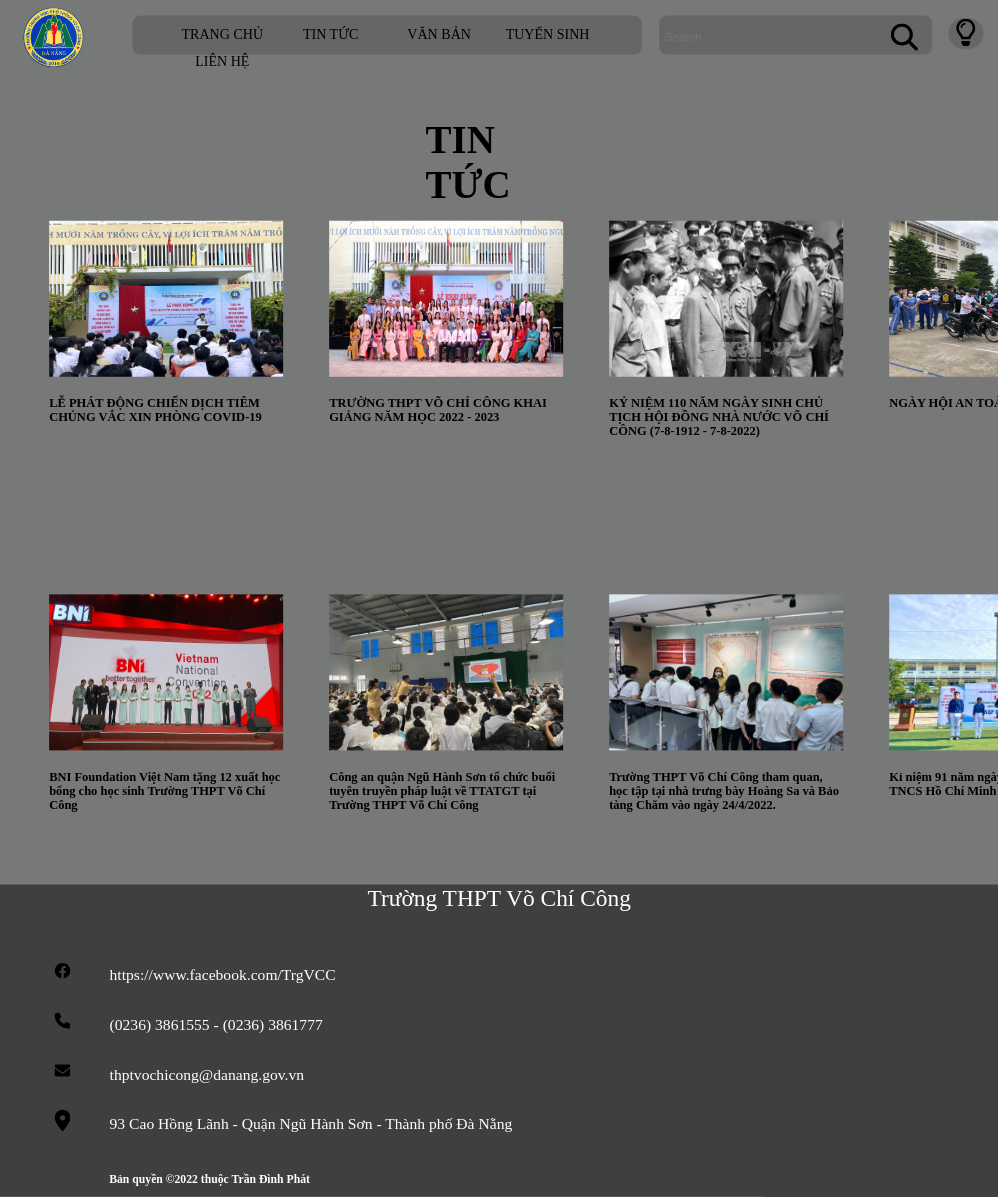
Repository: dphasst17/THPTVCC
Page: new/new.html
An editor plug-in stored every save of this project. The page is shown before and after the next save, followed by the edit.
The browser window is 1280 px wide. The pictures show the whole page, at 78% of full size.

Above is the page before, as saved 2022-10-17 13:14:02.

### new/new.html
<!DOCTYPE html>
<html lang="en">
<head>
    <meta charset="UTF-8">
    <meta http-equiv="X-UA-Compatible" content="IE=edge">
    <meta name="viewport" content="width=device-width, initial-scale=1.0">
    <script src="https://ajax.googleapis.com/ajax/libs/jquery/3.6.0/jquery.min.js"></script>
    <script src="./index.js"></script>
    <link rel="stylesheet" href="./new.css">
    <title>Trường THPT Võ Chí Công</title>
</head>
<body>
    <header>
        <div class="logo">
            <a href="#">
                <img src="../img/logo.png" alt="">
            </a>
        </div>
        <div class="nav">
            <ul>
                <li><a href="../index.html" >TRANG CHỦ</a></li>
                <li><a href="../new/new.html">TIN TỨC</a></li>
                <li><a href="../document/document.html">VĂN BẢN</a></li>
                <li><a href="../admissions/admissions.html">TUYỂN SINH</a></li>
                <li><a href="#contact">LIÊN HỆ</a></li>
            </ul>
        </div>
        <div class="search">
            <input placeholder="Search" spellCheck="false"/>
            <div class="icon-search">
                <svg xmlns="http://www.w3.org/2000/svg" viewBox="0 0 512 512"><path d="M416 208c0 45.9-14.9 88.3-40 122.7L502.6 457.4c12.5 12.5 12.5 32.8 0 45.3s-32.8 12.5-45.3 0L330.7 376c-34.4 25.2-76.8 40-122.7 40C93.1 416 0 322.9 0 208S93.1 0 208 0S416 93.1 416 208zM208 352c79.5 0 144-64.5 144-144s-64.5-144-144-144S64 128.5 64 208s64.5 144 144 144z"strokeWidth="4" stroke="#fff"/></svg>
            </div>
        </div>
        <div class="user">
            <svg xmlns="http://www.w3.org/2000/svg" viewBox="0 0 448 512">
                <path d="M224 256c70.7 0 128-57.3 128-128S294.7 0 224 0S96 57.3 96 128s57.3 128 128 128zm-45.7 48C79.8 304 0 383.8 0 482.3C0 498.7 13.3 512 29.7 512H418.3c16.4 0 29.7-13.3 29.7-29.7C448 383.8 368.2 304 269.7 304H178.3z"/>
            </svg>
            <div class="user_infor">
                <a href="../login.html">Login</a>
            </div>
        </div>
        <div class="dark_mode">
            <div>
                <button id="dark">
                    <svg xmlns="http://www.w3.org/2000/svg" viewBox="0 0 384 512">
                        <path d="M272 384c9.6-31.9 29.5-59.1 49.2-86.2l0 0c5.2-7.1 10.4-14.2 15.4-21.4c19.8-28.5 31.4-63 31.4-100.3C368 78.8 289.2 0 192 0S16 78.8 16 176c0 37.3 11.6 71.9 31.4 100.3c5 7.2 10.2 14.3 15.4 21.4l0 0c19.8 27.1 39.7 54.4 49.2 86.2H272zM192 512c44.2 0 80-35.8 80-80V416H112v16c0 44.2 35.8 80 80 80zM112 176c0 8.8-7.2 16-16 16s-16-7.2-16-16c0-61.9 50.1-112 112-112c8.8 0 16 7.2 16 16s-7.2 16-16 16c-44.2 0-80 35.8-80 80z"/>
                    </svg>
                </button>
            </div>
            <div>
                <button id="light">
                    <svg xmlns="http://www.w3.org/2000/svg" viewBox="0 0 384 512">
                        <path d="M112.1 454.3c0 6.297 1.816 12.44 5.284 17.69l17.14 25.69c5.25 7.875 17.17 14.28 26.64 14.28h61.67c9.438 0 21.36-6.401 26.61-14.28l17.08-25.68c2.938-4.438 5.348-12.37 5.348-17.7L272 415.1h-160L112.1 454.3zM192 0C90.02 .3203 16 82.97 16 175.1c0 44.38 16.44 84.84 43.56 115.8c16.53 18.84 42.34 58.23 52.22 91.45c.0313 .25 .0938 .5166 .125 .7823h160.2c.0313-.2656 .0938-.5166 .125-.7823c9.875-33.22 35.69-72.61 52.22-91.45C351.6 260.8 368 220.4 368 175.1C368 78.8 289.2 .0039 192 0zM288.4 260.1c-15.66 17.85-35.04 46.3-49.05 75.89h-94.61c-14.01-29.59-33.39-58.04-49.04-75.88C75.24 236.8 64 206.1 64 175.1C64 113.3 112.1 48.25 191.1 48C262.6 48 320 105.4 320 175.1C320 206.1 308.8 236.8 288.4 260.1zM176 80C131.9 80 96 115.9 96 160c0 8.844 7.156 16 16 16S128 168.8 128 160c0-26.47 21.53-48 48-48c8.844 0 16-7.148 16-15.99S184.8 80 176 80z"/>
                    </svg>
                </button>
            </div>
        </div>
        <script>
            $(document).ready(function(){
                $('.user').click(function(){
                    $('.user_infor').fadeToggle('user_info')
                })
            })

            /* Dark - Light mode */
            $(document).ready(function(){
                $('#dark').click(function(){
                    $('body').css("background-color","rgb(119, 120, 120)")
                    $('.nav, .search, .search>input, .user, #new, #document, #admissions').css("background-color","rgb(103, 102, 102)")
                    $('.notification').css("background-color","#f4f2f2bd")
                    $('.nav, .search, .user,#dark, .notification').css("border-style","none")
                    $('h4').css("color","white")
                    $('#dark').css("display","none")
                    $('#light').css("display","block")
                });
                $('#light').click(function(){
                    $('body').css("background-color","rgb(239, 236, 236)")
                    $('.nav, .search, .search>input, .user, .notification, #new, #document, #admissions, #dark').css("background-color","rgb(247, 246, 246)")
                    $('.nav, .search, .user,#dark, .notification').css("border-style","solid")
                    $('.search>input').css("color","#000")
                    $('h4').css("color","black")
                    $('#light').css("display","none")
                    $('#dark').css("display","block")
                })
            })
        </script>
    </header>
    <div class="container">
        <article>
            <iframe name="page" src="./new_content/new_content_home.html" frameborder="0" >
            </iframe>
        </article>
    </div>
    <div id="contact" class="contact">
        <p>Trường THPT Võ Chí Công</p>
        <div class="contact_container">
            <div class="svg">
                <svg xmlns="http://www.w3.org/2000/svg" viewBox="0 0 512 512">
                    <path d="M504 256C504 119 393 8 256 8S8 119 8 256c0 123.78 90.69 226.38 209.25 245V327.69h-63V256h63v-54.64c0-62.15 37-96.48 93.67-96.48 27.14 0 55.52 4.84 55.52 4.84v61h-31.28c-30.8 0-40.41 19.12-40.41 38.73V256h68.78l-11 71.69h-57.78V501C413.31 482.38 504 379.78 504 256z"/></svg>
                    <a href="https://www.facebook.com/TrgVCC">https://www.facebook.com/TrgVCC</a>
            </div>
        </div>
        <div class="contact_container">
            <div class="svg">
                <svg xmlns="http://www.w3.org/2000/svg" viewBox="0 0 512 512">
                    <path d="M164.9 24.6c-7.7-18.6-28-28.5-47.4-23.2l-88 24C12.1 30.2 0 46 0 64C0 311.4 200.6 512 448 512c18 0 33.8-12.1 38.6-29.5l24-88c5.3-19.4-4.6-39.7-23.2-47.4l-96-40c-16.3-6.8-35.2-2.1-46.3 11.6L304.7 368C234.3 334.7 177.3 277.7 144 207.3L193.3 167c13.7-11.2 18.4-30 11.6-46.3l-40-96z"/></svg>
                    <a>(0236) 3861555 - (0236) 3861777</a>
            </div>
        </div>
        <div class="contact_container">
            <div class="svg">
                <svg xmlns="http://www.w3.org/2000/svg" viewBox="0 0 512 512">
                    <path d="M48 64C21.5 64 0 85.5 0 112c0 15.1 7.1 29.3 19.2 38.4L236.8 313.6c11.4 8.5 27 8.5 38.4 0L492.8 150.4c12.1-9.1 19.2-23.3 19.2-38.4c0-26.5-21.5-48-48-48H48zM0 176V384c0 35.3 28.7 64 64 64H448c35.3 0 64-28.7 64-64V176L294.4 339.2c-22.8 17.1-54 17.1-76.8 0L0 176z"/></svg>
                    <a>thptvochicong@danang.gov.vn</a>
            </div>
        </div>
        <div class="contact_container">
            <div class="svg">
                <svg xmlns="http://www.w3.org/2000/svg" viewBox="0 0 384 512">
                    <path d="M215.7 499.2C267 435 384 279.4 384 192C384 86 298 0 192 0S0 86 0 192c0 87.4 117 243 168.3 307.2c12.3 15.3 35.1 15.3 47.4 0zM192 256c-35.3 0-64-28.7-64-64s28.7-64 64-64s64 28.7 64 64s-28.7 64-64 64z"/></svg>
                    <a>93 Cao Hồng Lãnh - Quận Ngũ Hành Sơn - Thành phố Đà Nẵng</a>
            </div>
        </div>
        <h3 style="color:white;margin-left:140px;margin-top:50px;font-size:15px;">Bản quyền ©2022 thuộc Trần Đình Phát</h3>
    </div>
</body>
</html>

### index.js
$(document).ready(function(){
    $('.user').click(function(){
        $('.user_infor').fadeToggle('user_info')
    })
})

/* Dark - Light mode */
$(document).ready(function(){
	$('#dark').click(function(){
    	$('body').css("background-color","rgb(119, 120, 120)")
        $('.nav, .search, .search>input, .user, #new, #document, #admissions').css("background-color","rgb(103, 102, 102)")
        $('.notification').css("background-color","#f4f2f2bd")
        $('.nav, .search, .user,#dark, .notification').css("border-style","none")
        $('h4').css("color","white")
        $('#dark').css("display","none")
        $('#light').css("display","block")
    });
    $('#light').click(function(){
    	$('body').css("background-color","rgb(239, 236, 236)")
        $('.nav, .search, .search>input, .user, .notification, #new, #document, #admissions, #dark').css("background-color","rgb(247, 246, 246)")
        $('.nav, .search, .user,#dark, .notification').css("border-style","solid")
        $('.search>input').css("color","#000")
        $('h4').css("color","black")
        $('#light').css("display","none")
        $('#dark').css("display","block")
    })
})

### new/new.css
html{
    scroll-behavior: smooth;
}
body{
    margin:0;
    text-decoration:none;
    background-color:rgb(119, 120, 120);
}
header{
    width:100%;
    height:100px;
    top:0;
    left:0;
    right:0;
    position:relative;
    z-index: 111;
}
.logo img{
    width:6%;
    margin:10px 30px;
    position:absolute;
}
.nav{
    position:absolute;
    width:51%;
    height:50px;
    background-color:rgb(103, 102, 102);
    border-radius:10px;
    margin:20px 170px;
}
.nav ul li{
    display:inline-block;
    width:120px;
    margin-top:-10%;
    margin-left:15px;
    text-decoration:none;
    line-height: 44px;
    text-align:center;
}
.nav a{
    display:block;
    width:120px;
    height:50px;
    text-decoration:none;
    font-size:18px;
    color:black;
    line-height: 48px;
}
.search{
    width: 350px;
    height: 50px;
    position: absolute;
    background-color: rgb(103, 102, 102);
    margin-left: 66%;
    margin-top:20px;
    border-radius: 10px;
}
.search input{
    width:340px;
    height:40px;
    margin:5px;
    border-style:none;
    background-color:rgb(103, 102, 102);
    color:#fff;
    outline: none;
    font-size:15px;
}
.icon-search{
    position: absolute;
    background-color: transparent;
    border: 0 none;
    width: 10%;
    margin: -12% 85%;
}
.user{
    width:50px;
    height:50px;
    float:right;
    margin:20px 90px;
    border-radius:50px;
    background-color:rgb(103, 102, 102);
}
.user svg{
    width: 60%;
    margin: 5px 10px;
}
.user a{
    color:tan;
    text-decoration:none;
}
.user_infor{
    display:none;
    width:100px;
    height:100px;
    background-color: rgb(103, 102, 102);
    border-radius:10px;
    margin: 10px -25px;
    text-align:center;
}
.user_infor button{
    border:none;
    background-color:rgb(103, 102, 102);
}
iframe{
    width:100%;
    height:auto;
    min-height:1000px;
    max-height:3000px;
}
#dark{
    width:45px;
    position:absolute;
    border:none;
    background-color:rgb(103, 102, 102);
    display:none;
    margin-top:23px;
    margin-left:95%;
    border-radius:50px;
}
#light{
    width:45px;
    position:absolute;
    border:none;
    background-color:rgb(103, 102, 102);
    display:block;
    margin-top:23px;
    margin-left:95%;
    border-radius:50px;
}
#dark svg{
    width:80%;
}
#light svg{
    width:80%;
}
.container{
    height:100%;
}
.contact{
    width:100%;
    height:400px;
    background-color:rgb(64, 63, 63);
}
.contact h4{
    position:absolute;
    color:#fff;
    margin:50px 140px;
}
.contact p{
    color:#fff;
    text-align:center;
    font-size:30px;
}
.contact_container{
    display:inline-flex;
    width:90%;
    height:15%;
    margin-left:70px;
}
.svg {
    display:flex;
    position:absolute;
    width:80%;
    margin-top:30px;
}
.svg a{
    font-size: 20px;
    margin-left:50px;
    margin-top:10px;
    color:#fff;
    text-decoration:none;
}
.svg svg{
    width:2%;
}

### new/new_content/new_content_home.html
<!DOCTYPE html>
<html lang="en">
<head>
    <meta charset="UTF-8">
    <meta http-equiv="X-UA-Compatible" content="IE=edge">
    <meta name="viewport" content="width=device-width, initial-scale=1.0">
    <style>
        body{
            width:1519px;
            height:500px;
            overflow-x:hidden;
            overflow-y:hidden;
        }
        .new_body{
            width:99%;
            height:1000px;
            overflow: hidden;
            border-radius:10px;
            margin-top:30px;
        }
        h1{
            position:absolute;
            color:black;
            margin:20px 42%;
            font-size:50px;
        }
        .content{
            width:300px;
            height:370px;
            display:inline-flex;
            margin-top:100px;
            margin-left:55px;
            flex-wrap: wrap;
            align-content: center;
        }
        a{
            text-decoration:none;
        }
        h4{
            color:#000;
        }
        img{
            width:300px;
            height:200px;
        }
    </style>
</head>
<body>
    <div id="new_body" class="new_body">
        <h1>TIN TỨC</h1>
        <div class="content">
            <a href="../new_content/new_conten1.html">
                <img src="../new_img/1.jpg" alt="">
                <h4>LỄ PHÁT ĐỘNG CHIẾN DỊCH TIÊM CHỦNG VẮC XIN PHÒNG COVID-19</h4>
            </a>
        </div>
        <div class="content">
            <a href="../new_content/new_content2.html">
                <img src="../new_img/2.jpg" alt="">
                <h4>TRƯỜNG THPT VÕ CHÍ CÔNG KHAI GIẢNG NĂM HỌC 2022 - 2023</h4>
            </a>
        </div>
        <div class="content">
            <a href="../new_content/new_content3.html">
                <img src="../new_img/3.jpg" alt="">
                <h4>KỶ NIỆM 110 NĂM NGÀY SINH CHỦ TỊCH HỘI ĐỒNG NHÀ NƯỚC VÕ CHÍ CÔNG (7-8-1912 - 7-8-2022)</h4>
            </a>
        </div>
        <div class="content">
            <a href="../new_content/new_content4.html">
                <img src="../new_img/4.jpg" alt="">
                <h4>NGÀY HỘI AN TOÀN GIAO THÔNG</h4>
            </a>
        </div>
        <div class="content">
            <a href="../new_content/new_content5.html">
                <img src="../new_img/5.jpg" alt="">
                <h4>BNI Foundation Việt Nam tặng 12 xuất học bổng cho học sinh Trường THPT Võ Chí Công</h4>
            </a>
        </div>
        <div class="content">
            <a href="../new_content/new_content6.html">
                <img src="../new_img/6.jpg" alt="">
                <h4>Công an quận Ngũ Hành Sơn tổ chức buổi tuyên truyền pháp luật về TTATGT tại Trường THPT Võ Chí Công</h4>
            </a>
        </div>
        <div class="content">
            <a href="../new_content/new_content7.html">
                <img src="../new_img/7.jpg" alt="">
                <h4>Trường THPT Võ Chí Công tham quan, học tập tại nhà trưng bày Hoàng Sa và Bảo tàng Chăm vào ngày 24/4/2022.</h4>
            </a>
        </div>
        <div class="content">
            <a href="../new_content/new_content8.html">
                <img src="../new_img/8.jpg" alt="">
                <h4>Kỉ niệm 91 năm ngày thành lập Đoàn TNCS Hồ Chí Minh (26/3/1931-26/3/2022)</h4>
            </a>
        </div>
    </div>
</body>
</html>

After the next save:
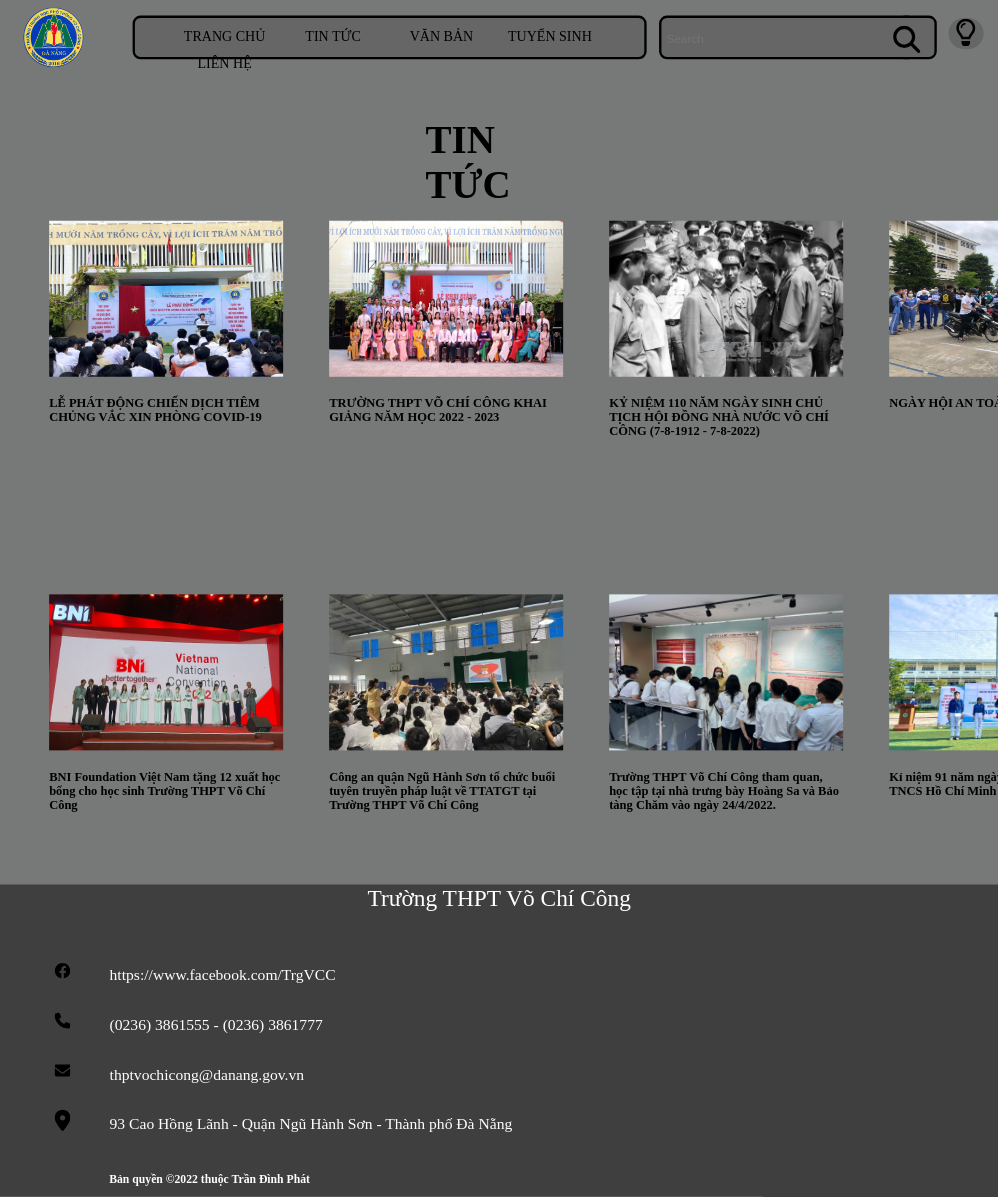
Saved 45 min 48 s later.
--- a/index.js
+++ b/index.js
@@ -1,3 +1,7 @@
+$(document).ready(function(){
+    $('.nav, .search, .user,#dark, .notification').css("border-style","solid")
+})
+
 $(document).ready(function(){
     $('.user').click(function(){
         $('.user_infor').fadeToggle('user_info')
